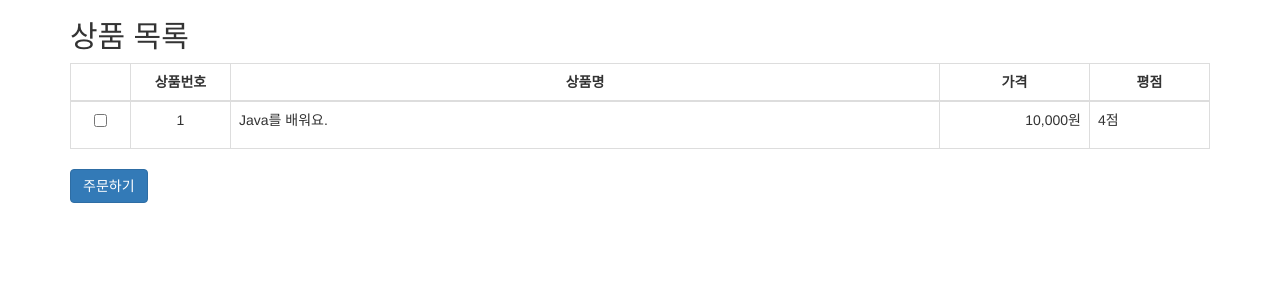
Repository: brotherdoor/shiba
Page: http://localhost/NBookShop_templete/productList.do
The author's editor kept a copy of each file at every save. The page is drawn from the files as they stood at one save, then again after a run of saves.
The browser window is 1280 px wide. The pictures show the whole page.
The page is served by Tomcat 9. Other server files are loaded and not shown. Queries for data that is not in the repository find no rows.

Above is the page before, as saved 2017-02-24 02:21:48.

### jsp/NBookShop_templete/WebContent/productList.jsp
<%@ page language="java" contentType="text/html; charset=UTF-8"
    pageEncoding="UTF-8"%>
<%@ taglib prefix="c" uri="http://java.sun.com/jsp/jstl/core" %>
<!DOCTYPE html>
<html lang="ko">
<head>
    <meta charset="euc-kr">
    <title>상품목록</title>
    <link rel="stylesheet" href="https://maxcdn.bootstrapcdn.com/bootstrap/3.3.2/css/bootstrap.min.css">
    <link href="css/namoosori.css" rel="stylesheet">
</head>
<body>
<div class="container">
    <article>
        <h2>상품 목록</h2>
        <table class="table table-bordered">
            <colgroup>
                <col width="60"/>
                <col width="100"/>
                <col width="*"/>
                <col width="150"/>
                <col width="120"/>
            </colgroup>
            <thead>
                <tr>
                    <th class="text-center"></th>
                    <th class="text-center">상품번호</th>
                    <th class="text-center">상품명</th>
                    <th class="text-center">가격</th>
                    <th class="text-center">평점</th>
                </tr>
            </thead>
            <tbody>

                <tr>
                    <td class="text-center"><label><input type="checkbox"/></label></td>
                    <td class="text-center">1</td>
                    <td>Java를 배워요.</td>
                    <td class="text-right">10,000원</td>
                    <td><p><span class="starRating"><span style="width:80%">4점</span></span></p></td>
                </tr>
            </tbody>
        </table>
        <div class="btn-wrap">
            <button class="btn btn-primary" type="submit">주문하기</button>
        </div>
    </article>
</div>
</body>
</html>

### jsp/NBookShop_templete/src/shop/controller/ProductListController.java
package shop.controller;

import java.io.IOException;
import java.util.List;

import javax.servlet.ServletException;
import javax.servlet.annotation.WebServlet;
import javax.servlet.http.HttpServlet;
import javax.servlet.http.HttpServletRequest;
import javax.servlet.http.HttpServletResponse;

import shop.domain.Product;
import shop.service.facade.ProductService;
import shop.service.logic.ProductServiceLogic;

@WebServlet("/productList.do")
public class ProductListController extends HttpServlet {
	private static final long serialVersionUID = 1L;

	protected void doGet(HttpServletRequest request, HttpServletResponse response)
			throws ServletException, IOException {
		ProductService service = new ProductServiceLogic();
		List<Product> list = service.getAllProducts();
		request.setAttribute("products", list);
		request.getRequestDispatcher("productList.jsp").forward(request, response);
	}
}

### jsp/NBookShop_templete/src/shop/service/logic/ProductServiceLogic.java
package shop.service.logic;

import java.util.List;

import shop.domain.Product;
import shop.service.facade.ProductService;
import shop.store.facade.ProductStore;
import shop.store.logic.ProductStoreLogic;

public class ProductServiceLogic implements ProductService{

	private ProductStore store;

	public ProductServiceLogic() {
		store = new ProductStoreLogic();
	}

	@Override
	public List<Product> getAllProducts() {
		return store.findAll();
	}

	@Override
	public List<Product> getBuyProducts(String[] serials) {
		return null;
	}

	@Override
	public Product getProduct(String serial) {
		return null;
	}

}

### jsp/NBookShop_templete/src/shop/store/facade/ProductStore.java
package shop.store.facade;

import java.util.List;

import shop.domain.Product;

/**
 * ProductStore
 *
 * @since 2016. 9. 28.
 * @author 진권기 (kwonkijin@nextree.co.kr)
 */

public interface ProductStore {

	List<Product> findAll();

	Product findByNo(int serial);


}

### jsp/NBookShop_templete/src/shop/store/logic/ProductStoreLogic.java
package shop.store.logic;

import java.sql.Connection;
import java.sql.ResultSet;
import java.sql.SQLException;
import java.sql.Statement;
import java.util.ArrayList;
import java.util.List;

import shop.domain.Product;
import shop.store.facade.ProductStore;
import shop.store.utils.ConnectionFactory;
import shop.store.utils.JdbcUtils;

public class ProductStoreLogic implements ProductStore{

	private ConnectionFactory factory;

	public ProductStoreLogic() {
		factory = ConnectionFactory.getInstance();
	}

	@Override
	public List<Product> findAll() {
		Connection conn = null;
		Statement stmt = null;
		ResultSet rs = null;
		List<Product> list = new ArrayList<>();
		try {
			conn = factory.createConnetion();
			stmt = conn.createStatement();
			rs = stmt.executeQuery("select serialNo, name, price, userLike from product_tb");
			while(rs.next()){
				Product product = new Product();
				product.setSerialNo(rs.getInt(1));
				product.setName(rs.getString(2));
				product.setPrice(rs.getInt(3));
				product.setLike(rs.getInt(4));
				list.add(product);
			}
		} catch (SQLException e) {
			e.printStackTrace();
		} finally{
			JdbcUtils.close(conn, stmt, rs);
		}
		return list;
	}

	@Override
	public Product findByNo(int serial) {
		return null;
	}

}

### jsp/NBookShop_templete/src/shop/store/utils/ConnectionFactory.java
package shop.store.utils;


import java.sql.Connection;
import java.sql.DriverManager;
import java.sql.SQLException;

public class ConnectionFactory {
	private static ConnectionFactory instance;

	private static final String DRIVER_NAME = "oracle.jdbc.driver.OracleDriver";
	private static final String URL = "jdbc:oracle:thin:@localhost:1521:xe";
	private static final String USER_NAME = "scott";
	private static final String PASSWORD = "tiger";

	public ConnectionFactory() {
		try {
			Class.forName(DRIVER_NAME);
		} catch (ClassNotFoundException e) {
			e.printStackTrace();
		}
	}

	public static ConnectionFactory getInstance(){
		if(instance == null){
			instance = new ConnectionFactory();
		}
		return instance;
	}

	public Connection createConnetion() throws SQLException{
		return DriverManager.getConnection(URL, USER_NAME, PASSWORD);
	}

}

### jsp/NBookShop_templete/src/shop/store/utils/JdbcUtils.java
package shop.store.utils;

public class JdbcUtils {
	public static void close(AutoCloseable...autoCloseables){
		for(AutoCloseable auto : autoCloseables){
			if(auto == null){
				continue;
			}
			try {
				auto.close();
			} catch (Exception e) {
				e.printStackTrace();
			}
		}
	}
}

### jsp/NBookShop_templete/WebContent/css/namoosori.css
body {
    padding:30px 0;
    border-top:5px solid #428bca;
}
article {
    padding:10px 0;
}
.container {
    width:900px;
    margin:30px auto;
}
.container h2 {
    font-size: 24px;
}
.desc > p {
    padding:15px;
}
.btn-wrap {
    text-align: right;
}
.total-amount {
    font-size:18px;
    text-align: right;
    font-weight: bold;
    border-bottom: 1px dashed #ccc;
    padding-bottom:15px;
}
.jumbotron {
    margin:0 200px;
    background-color: #d9edf7;
}

/* Star Rating */
.starRating,
.starRating span{
    display:inline-block;
    height:14px;
    background:transparent url(../img/icoFiveStar.gif) no-repeat;
    overflow:hidden;
}
.starRating{
    width:79px;
    vertical-align:middle;
}
.starRating span{
    font-size:0;
    line-height:0;
    vertical-align:top;
    text-indent:-100px;
    *text-indent:0;
    background-position:0 -14px;
}

After the next 2 saves:
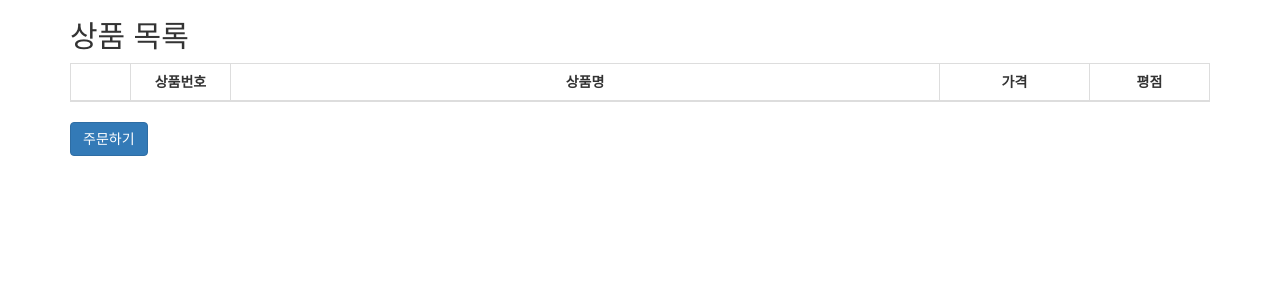
The 2 saves are shown as one change because 1 did not build or start.
The last was saved 2 min 22 s later.
--- a/jsp/NBookShop_templete/WebContent/productList.jsp
+++ b/jsp/NBookShop_templete/WebContent/productList.jsp
@@ -31,14 +31,21 @@
                 </tr>
             </thead>
             <tbody>
-
-                <tr>
+            <c:choose>
+            <c:when test="${products eq null || empty products }">
+            </c:when>
+            <c:otherwise>
+            	<c:forEach items="${products }" var="product" varStatus="stu">
+            		<tr>
                     <td class="text-center"><label><input type="checkbox"/></label></td>
                     <td class="text-center">1</td>
                     <td>Java를 배워요.</td>
                     <td class="text-right">10,000원</td>
                     <td><p><span class="starRating"><span style="width:80%">4점</span></span></p></td>
                 </tr>
+            	</c:forEach>
+            </c:otherwise>
+            </c:choose>
             </tbody>
         </table>
         <div class="btn-wrap">
